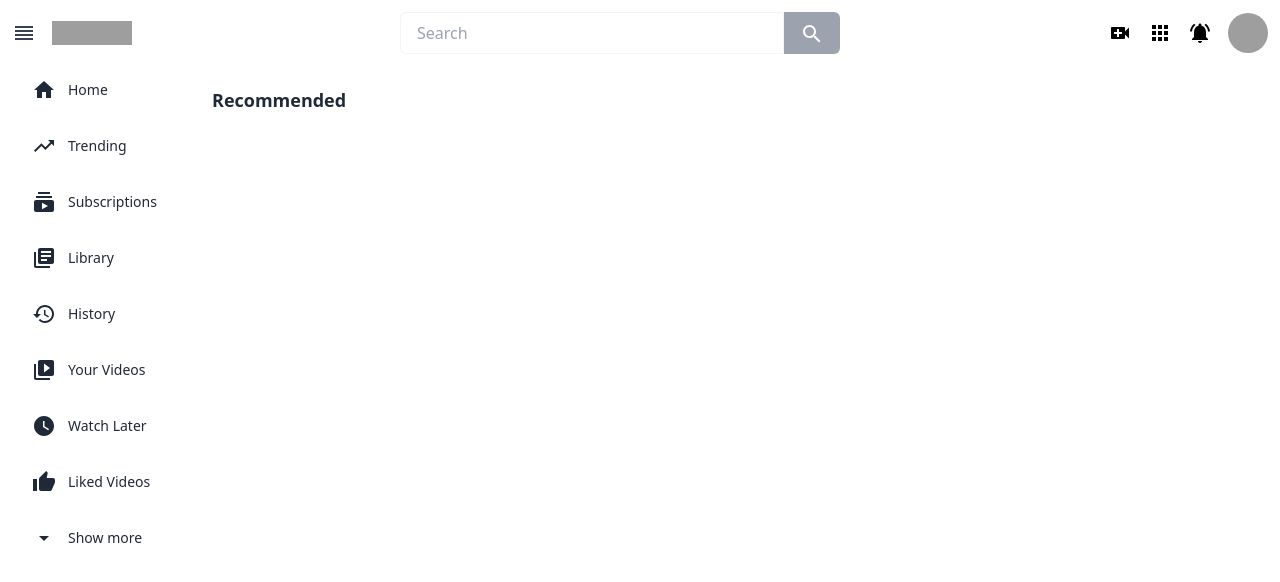
Repository: Shamraiz761/Youtube-clone
Page: /
The author's editor kept a copy of each file at every save. The page is drawn from the files as they stood at one save, then again after a run of saves.
The browser window is 1280 px wide. The pictures show the whole page.
Pictures or frames that could not be fetched are drawn as grey boxes. The project was rebuilt for these pictures with package versions that can differ from the ones it lists, and the page was loaded fresh each time. Also part of the build but not shown: vite.config.js.

Above is the page before, as saved 2024-01-19 22:27:37.

After the next 3 saves:
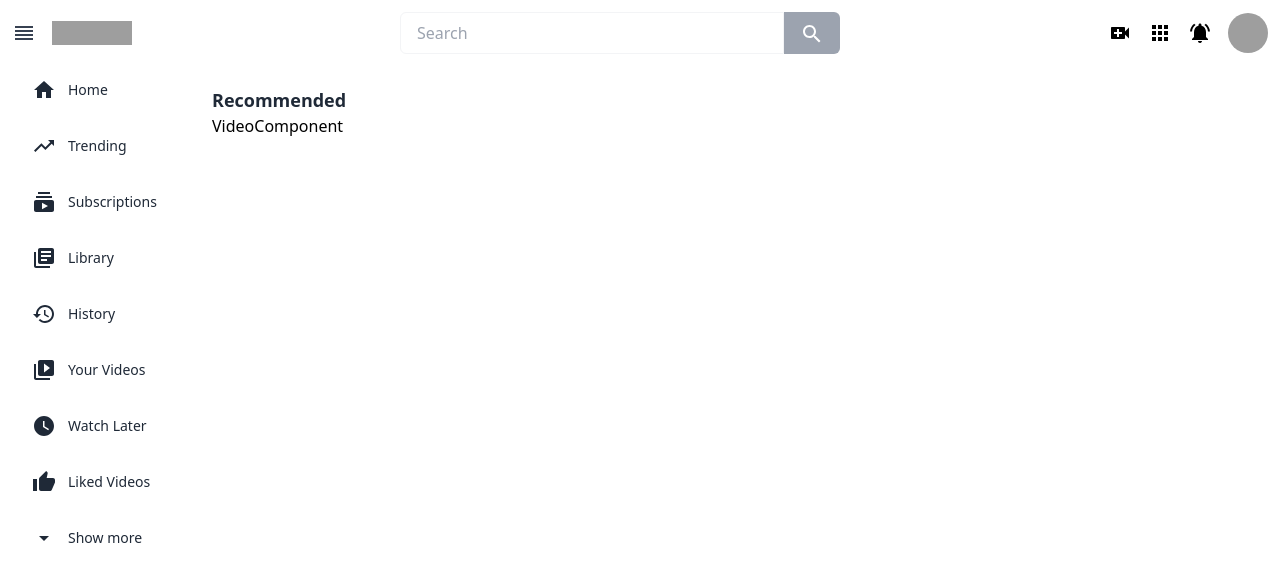
The 3 saves are shown as one change because 1 did not build or start and some came seconds apart.
The last was saved 17 s later.
--- a/src/components/video/RecommendedVideo.jsx
+++ b/src/components/video/RecommendedVideo.jsx
@@ -1,11 +1,12 @@
 import React from 'react'
+import VideoComponent from './VideoComponent'
 
 function RecommendedVideo() {
   return (
     <div className='m-5 '>
       <h1 className='text-lg font-semibold text-gray-800'> Recommended</h1>
       <div className='grid grid-cols-1  md:grid-cols-4 gap-4'>
-
+<VideoComponent />
       </div>
     </div>
   )
